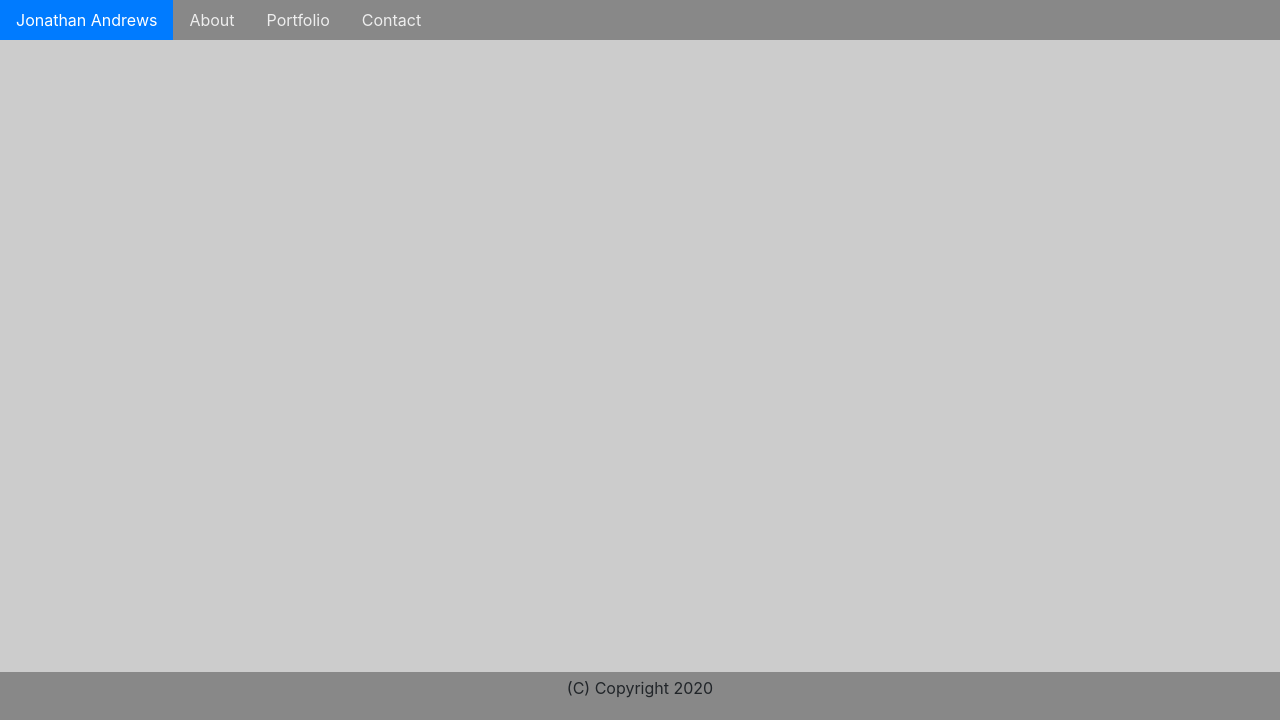
Repository: ionathas78/ionathas78.github.io
Page: contact.html
An editor plug-in stored every save of this project. The page is shown before and after the next save, followed by the edit.
The browser window is 1280 px wide. The pictures show the whole page.

Above is the page before, as saved 2020-03-15 20:54:21.

After the next save:
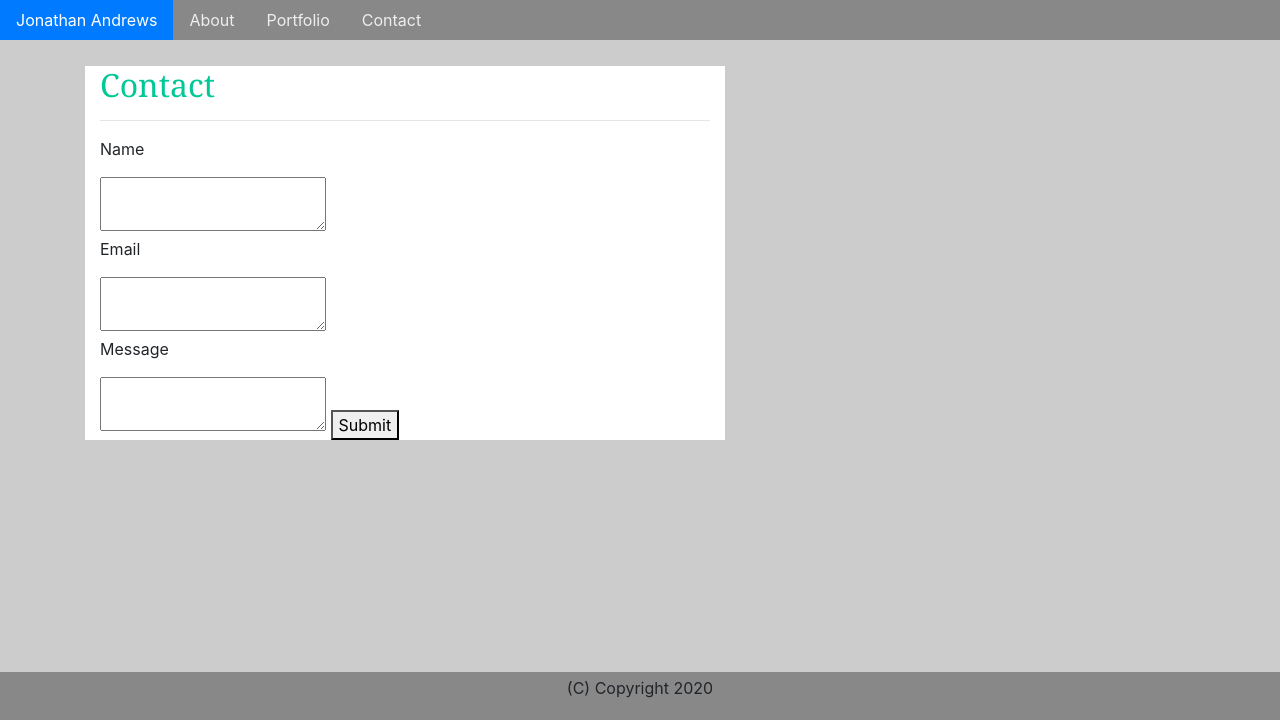
Saved 7 min 35 s later.
--- a/contact.html
+++ b/contact.html
@@ -27,7 +27,19 @@
 
     <div class="container">
         <div class="row">
-
+            <div class="col-lg-4">
+                <div class="container clearfix" style="width: 50vw; max-width: 900px; background-color: white; margin-top: 2vw;">
+                    <h2 style="color: rgb(0, 200, 150); font-family: Georgia, 'Times New Roman', Times, serif; font-weight: 300%;">Contact</h2>
+                    <hr>
+                    <p>Name</p>
+                    <textarea></textarea>
+                    <p>Email</p>
+                    <textarea></textarea>
+                    <p>Message</p>
+                    <textarea></textarea>
+                    <button>Submit</button>
+                </div>
+            </div>
         </div>
     </div>
 
